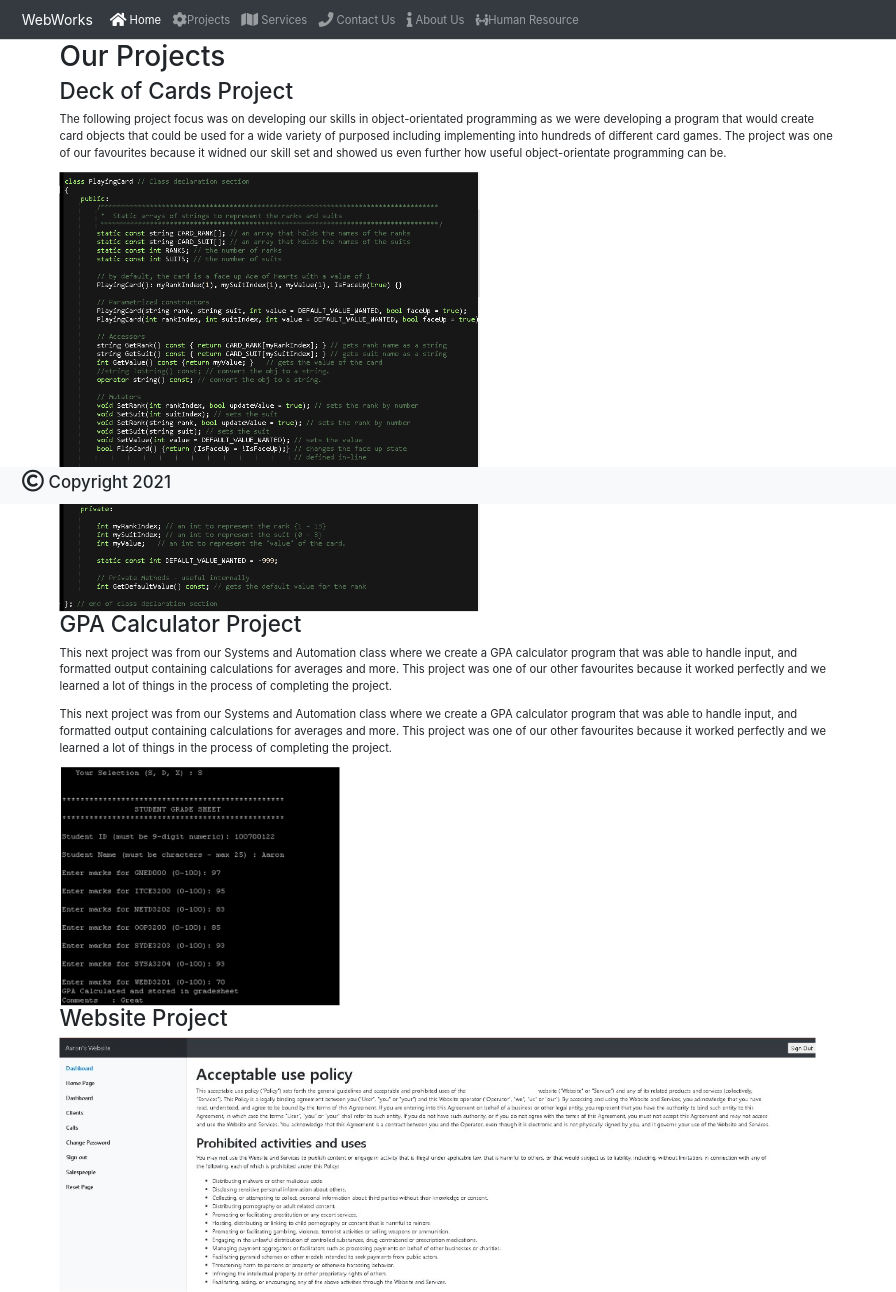
Repository: JonathonWager/Webd6202Lab1
Page: projects.html
The author's editor kept a copy of each file at every save. The page is drawn from the files as they stood at one save, then again after a run of saves.
The browser window is 1280 px wide. The pictures show the whole page, at 70% of full size.

Above is the page before, as saved 2021-02-05 20:12:57.
Not found: Content/app.css

After the next 2 saves:
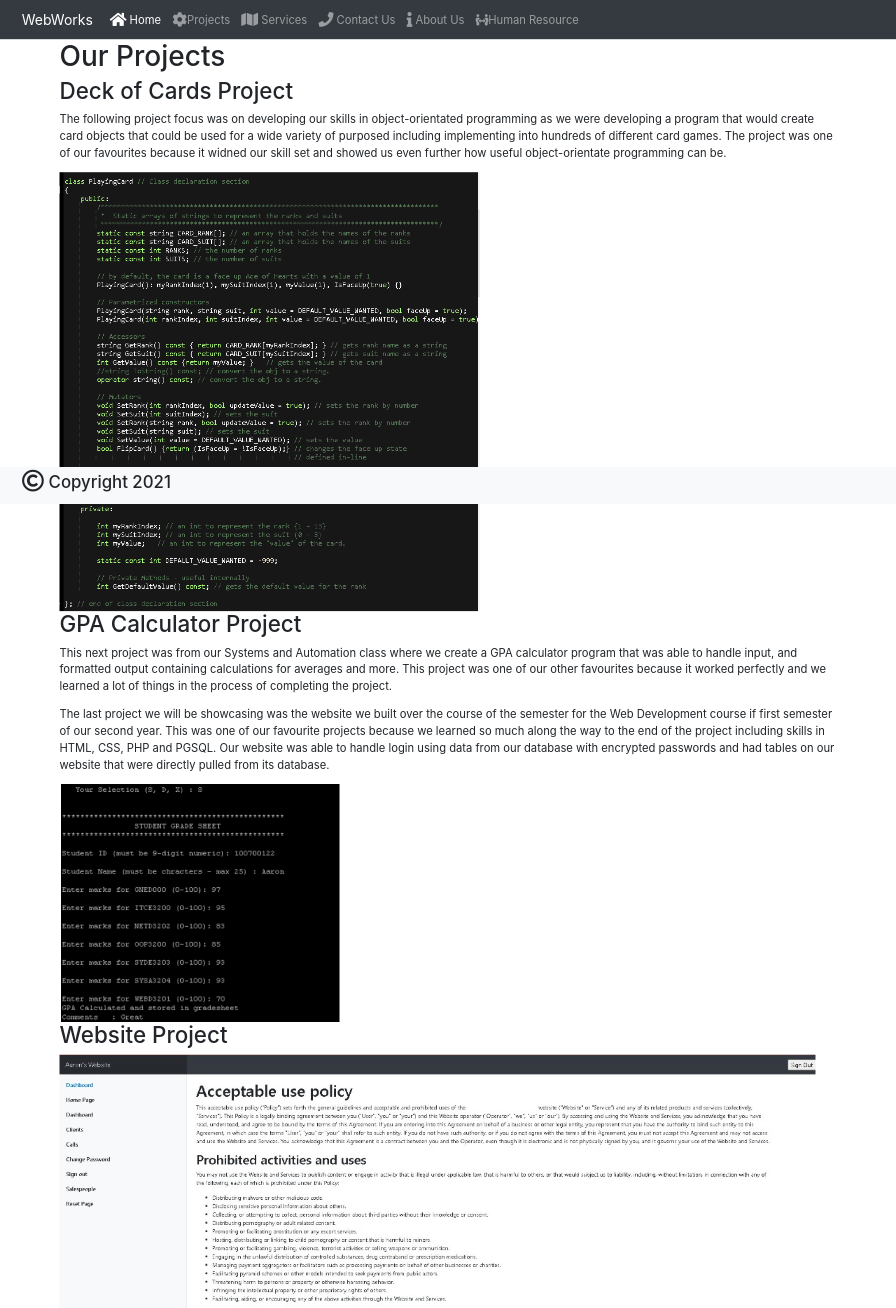
The 2 saves are shown as one change because they came seconds apart.
The last was saved 35 s later.
--- a/Scripts/app.js
+++ b/Scripts/app.js
@@ -89,7 +89,7 @@
 
 
 
-      let paragraph3Text = "This next project was from our Systems and Automation class where we create a GPA calculator program that was able to handle input, and formatted output containing calculations for averages and more. This project was one of our other favourites because it worked perfectly and we learned a lot of things in the process of completing the project.";
+      let paragraph3Text = "The last project we will be showcasing was the website we built over the course of the semester for the Web Development course if first semester of our second year. This was one of our favourite projects because we learned so much along the way to the end of the project including skills in HTML, CSS, PHP and PGSQL. Our website was able to handle login using data from our database with encrypted passwords and had tables on our website that were directly pulled from its database. ";
 
       let projectsDiv3 = document.getElementById("GPACalculatorContent");
 
